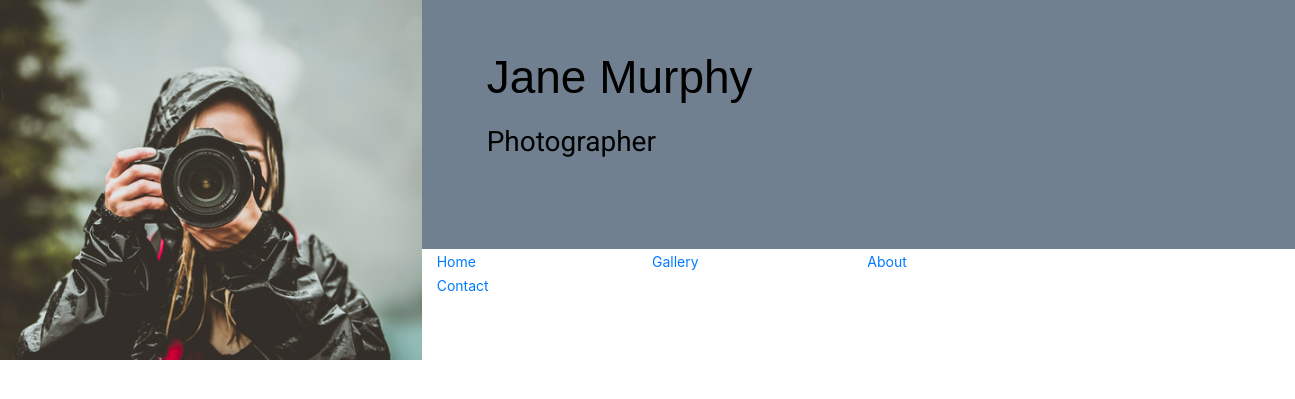
Repository: Code-Institute-Submissions/MrChrisRandall-milestone-1
Page: index.html
The author's editor kept a record of every edit. The page is drawn from the files as they stood at one moment, then again after the next edit.
The browser window is 1280 px wide. The page is 1295 px wide, so the pictures cover 1295 px, including what lies to the right of the window. The pictures show the whole page.

Above is the page before.

### index.html
<!DOCTYPE html>
<html lang="en">

<head>
    <meta charset="UTF-8">
    <meta name="viewport" content="width=device-width, initial-scale=1.0">
    <meta http-equiv="X-UA-Compatible" content="ie=edge">
    <link rel="stylesheet" href="https://stackpath.bootstrapcdn.com/bootstrap/4.3.1/css/bootstrap.min.css" type="text/css" />
    <link rel="stylesheet" href="https://stackpath.bootstrapcdn.com/font-awesome/4.7.0/css/font-awesome.min.css" type="text/css" />
    <link rel="stylesheet" href="https://cdnjs.cloudflare.com/ajax/libs/hover.css/2.3.1/css/hover-min.css" type="text/css" />
    <link rel="stylesheet" href="assets/css/style.css" type="text/css" />
    <title>Studio 21</title>
</head>

<body>
    <header>
        <div class="row">
            <a href="index.html" class="col-md-4 logo">

            </a>
            <div class="col-md-8">
                <div class="row bg-color-name-title">
                    <div class="col heading">
                        <h1 class="name">Jane Murphy</h1>
                        <h2 class="title">Photographer</h2>
                    </div>
                </div>
                <div class="row">
                    <div class="col">
                        <ul id="nav" class="list-inline">
                            <li class="col-2 col-sm-3 list-inline-item">
                                <a href="#"><span>Home</span></a>
                            </li>
                            <li class="col-2 col-sm-3 list-inline-item">
                                <a href="#"><span>Gallery</span></a>
                            </li>
                            <li class="col-2 col-sm-3 list-inline-item">
                                <a href="#"><span>About</span></a>
                            </li>
                            <li class="col-2 col-sm-3 list-inline-item">
                                <a href="#"><span>Contact</span></a>
                            </li>
                        </ul>
                    </div>
                </div>

            </div>
        </div>

    </header>

    <section>

    </section>

    <footer>

    </footer>

</body>

</html>

### assets/css/style.css
@import url('https://fonts.googleapis.com/css?family=Roboto&display=swap:100,200,300,400,500,600,700|Exo:100,200,300,400,500,600,700');


/*--------------------------------------------------Colors*/

.bg-color-name-title {
    background-color: #708090;
}

.ui-menu-color-home {
    background-color: #525252;
}

.ui-menu-color-gallery {
    background-color: #525252;
}

.ui-menu-color-about {
    background-color: #525252;
}

.ui-menu-color-contact {
    background-color: #525252;
}

/*--------------------------------------------------Header*/

.header {
    margin: 0;
}

.heading {
    margin-left: 50px;
}

.logo {
    background: url(../images/pic.jpg);
    background-position: center;
    background-repeat: no-repeat;
    background-size: cover;
    min-height: 360px;
    transition: all .5s ease-in-out;
    -moz-transition: all .5s ease-in-out;
    -webkit-transition: all .5s ease-in-out;
}

.name {
    font-family: "Exo", sans-serif;
    font-weight: 100;
    font-size: 46px;
    margin-top: 50px;
    color: #000000;
}

.title {
    font-family: "Roboto", sans-serif;
    font-weight: 200;
    font-size: 28px;
    margin-top: 20px;
    margin-bottom: 90px;
    color: #000000;
}

.list-inline-item:not(:last-child) {
    margin: 0;
}

.menucontainer {
    font-size: 0;
}

#nav {
    margin: 0;
}

#nav li {
    font-size: 14px;
    padding: 0;
}

.menuitem {
    height: 120px;
    text-align: center;
    padding: 0;
}

.menuitem a {
    width: 100%;
    text-decoration: none;
    color: #fff;
    height: 120px;
}

.menuitem span {
    display: block;
    width: 100%;
    padding-top: 40px;
    text-align: center;
    text-transform: uppercase;
    font-size: 20px;
    font-weight: 600;
    letter-spacing: 2px;
}

After the next edit:
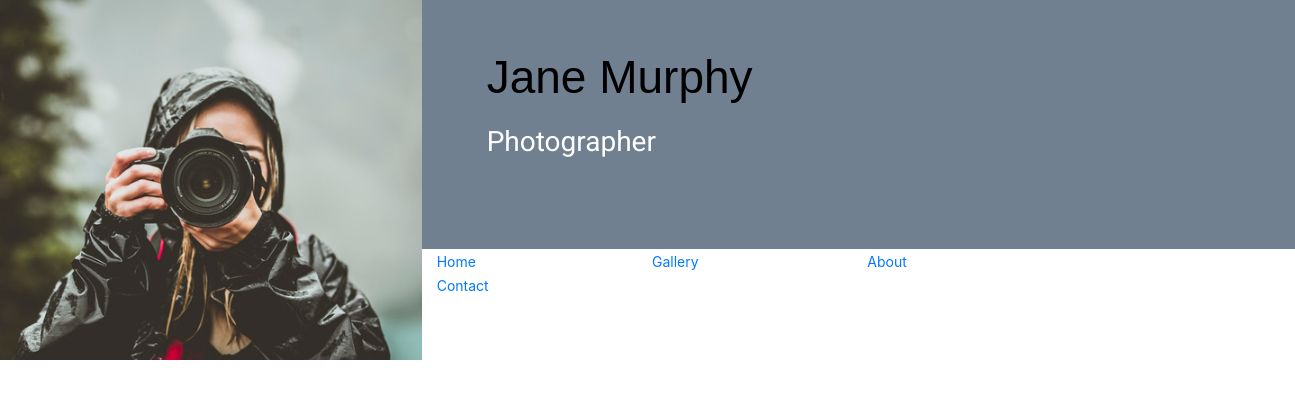
The edit:
--- a/assets/css/style.css
+++ b/assets/css/style.css
@@ -58,7 +58,7 @@
     font-size: 28px;
     margin-top: 20px;
     margin-bottom: 90px;
-    color: #000000;
+    color: #fff;
 }
 
 .list-inline-item:not(:last-child) {
